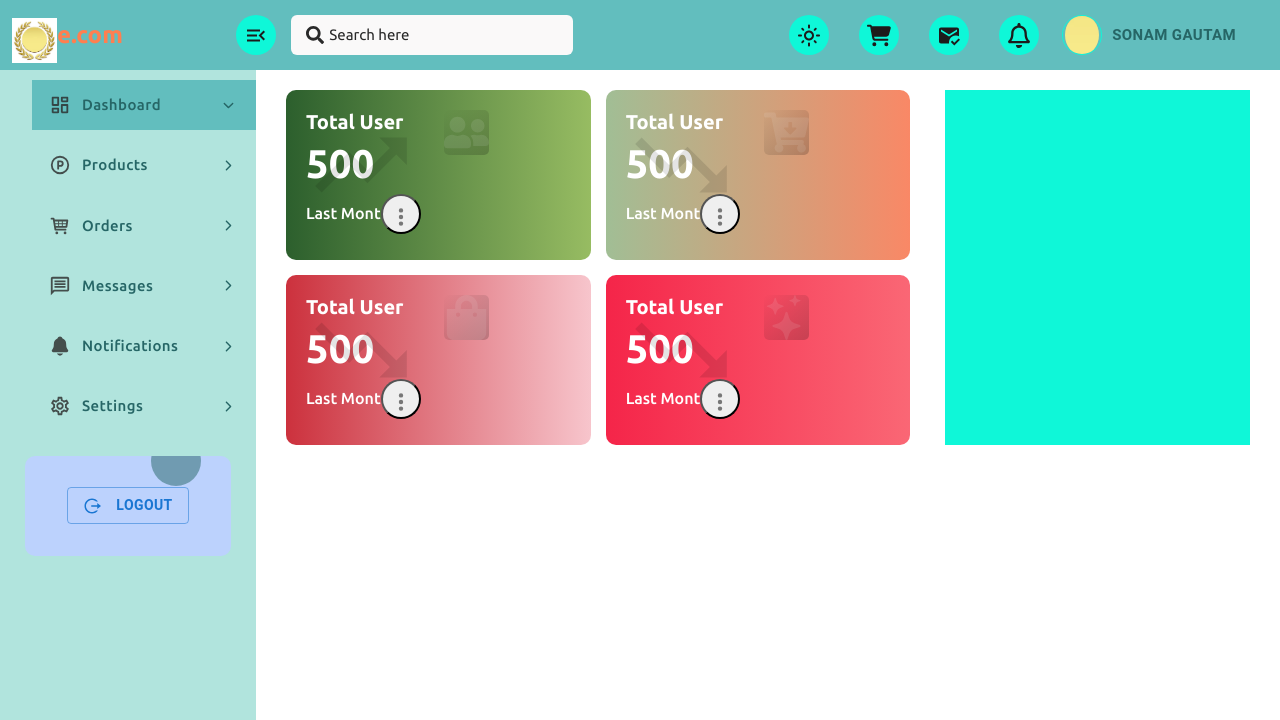
Repository: gautamsonam011/admin-react-dashboard
Page: /
The author's editor kept a copy of each file at every save. The page is drawn from the files as they stood at one save, then again after the next save.
The browser window is 1280 px wide. The pictures show the whole page.
The project was rebuilt for these pictures with package versions that can differ from the ones it lists, and the page was loaded fresh each time.

Above is the page before, as saved 2025-04-16 14:19:22.

After the next save:
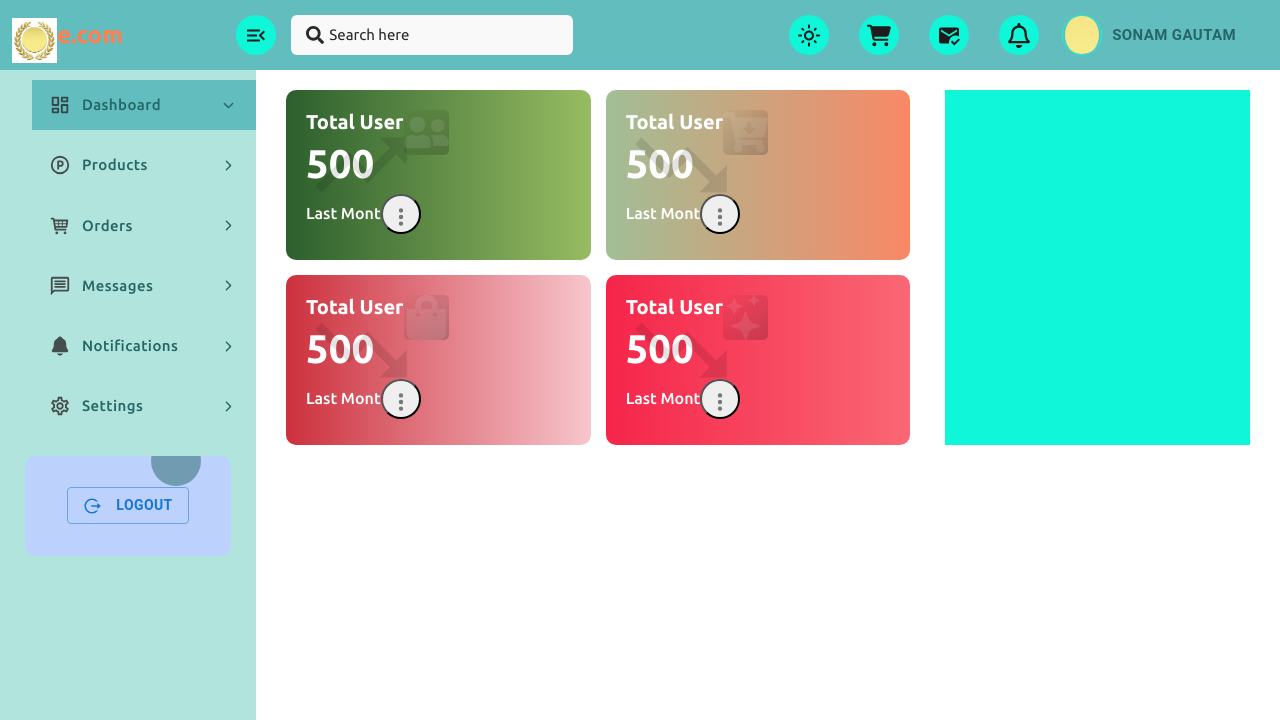
Saved 18 s later.
--- a/src/App.css
+++ b/src/App.css
@@ -100,7 +100,7 @@ position:relative; overflow:hidden;}
 
 .dashboardBoxWrapper .dashboardBox .col1 h4{font-size: 20px; font-weight: 600;}
 .dashboardBoxWrapper .dashboardBox .col1 span{font-size: 40px; font-weight: bold;}
-.dashboardBoxWrapper .dashboardBox .icon { margin-left: 90%; display: flex; align-items:center; justify-content: center; width:45px; height: 45px; border-radius:5px; background-image: linear-gradient(to bottom right, rgba(0, 0, 0, 0), rgba(0, 0, 0, 0.2));}
+.dashboardBoxWrapper .dashboardBox .icon { margin-right: -90%; display: flex; align-items:center; justify-content: center; width:45px; height: 45px; border-radius:5px; background-image: linear-gradient(to bottom right, rgba(0, 0, 0, 0), rgba(0, 0, 0, 0.2));}
 .dashboardBoxWrapper .dashboardBox .icon svg{font-size: 45px; opacity: 0.1; color:#f4f8f7}
 
 .dashboardBoxWrapper .dashboardBox button.toggleIcon {font-size: 22px; color:rgba(0,0,0,0.5); cursor: pointer; min-width: 40px !important; width: 40px !important; height: 40px !important; border-radius: 50% !important;}
